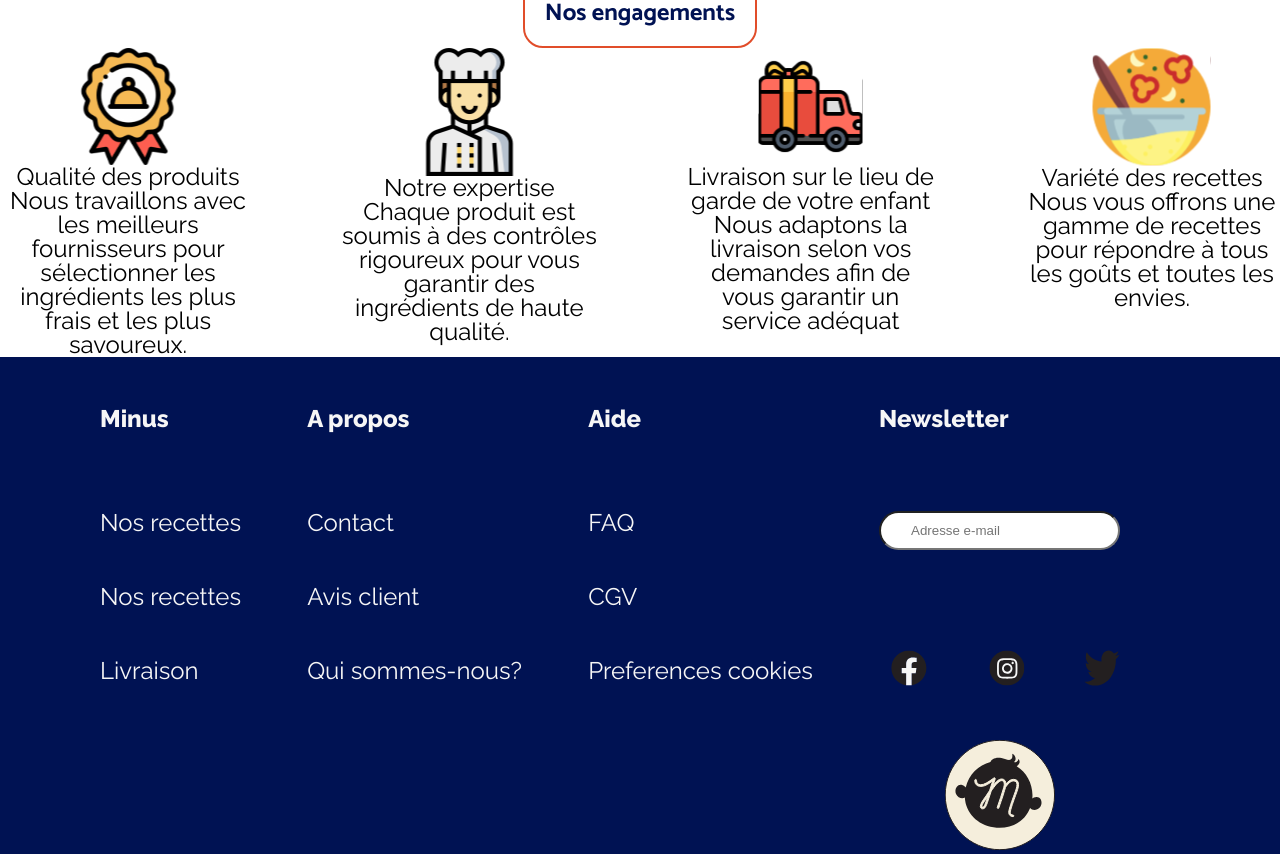
Repository: minus-team7/minus_team7
Page: minus_homepage.html
An editor plug-in stored every save of this project. The page is shown before and after a run of saves, followed by the edit.
The browser window is 1280 px wide. The pictures show the part of the page from y = 324 to 1178 px (the page is 1178 px tall).
A picture or video elsewhere on the page could not be fetched, so the positions and the page height are approximate.

Above is the page before, as saved 2023-02-12 22:32:26.

After the next 2 saves:
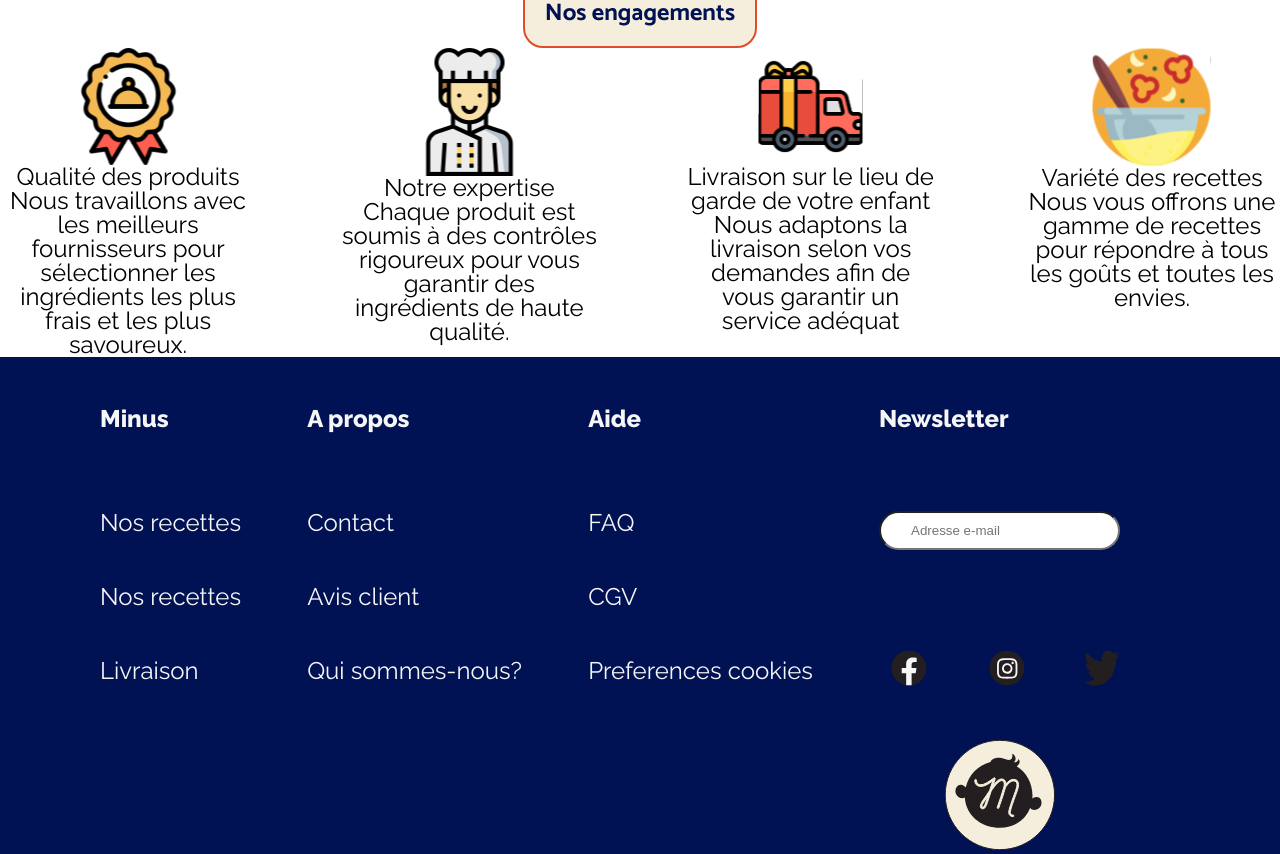
The 2 saves are shown as one change because they came seconds apart.
The last was saved 33 s later.
--- a/minus_homepage.css
+++ b/minus_homepage.css
@@ -14,7 +14,7 @@ body{
     border:#E14D2A 2px solid;
     border-radius: 20px;
     padding: 20px;
-    background-color: ;
+    background-color: #F5EEDC;
     text-decoration: none;
     font-family: 'Catamaran',sans-serif;
     color: #001253;
